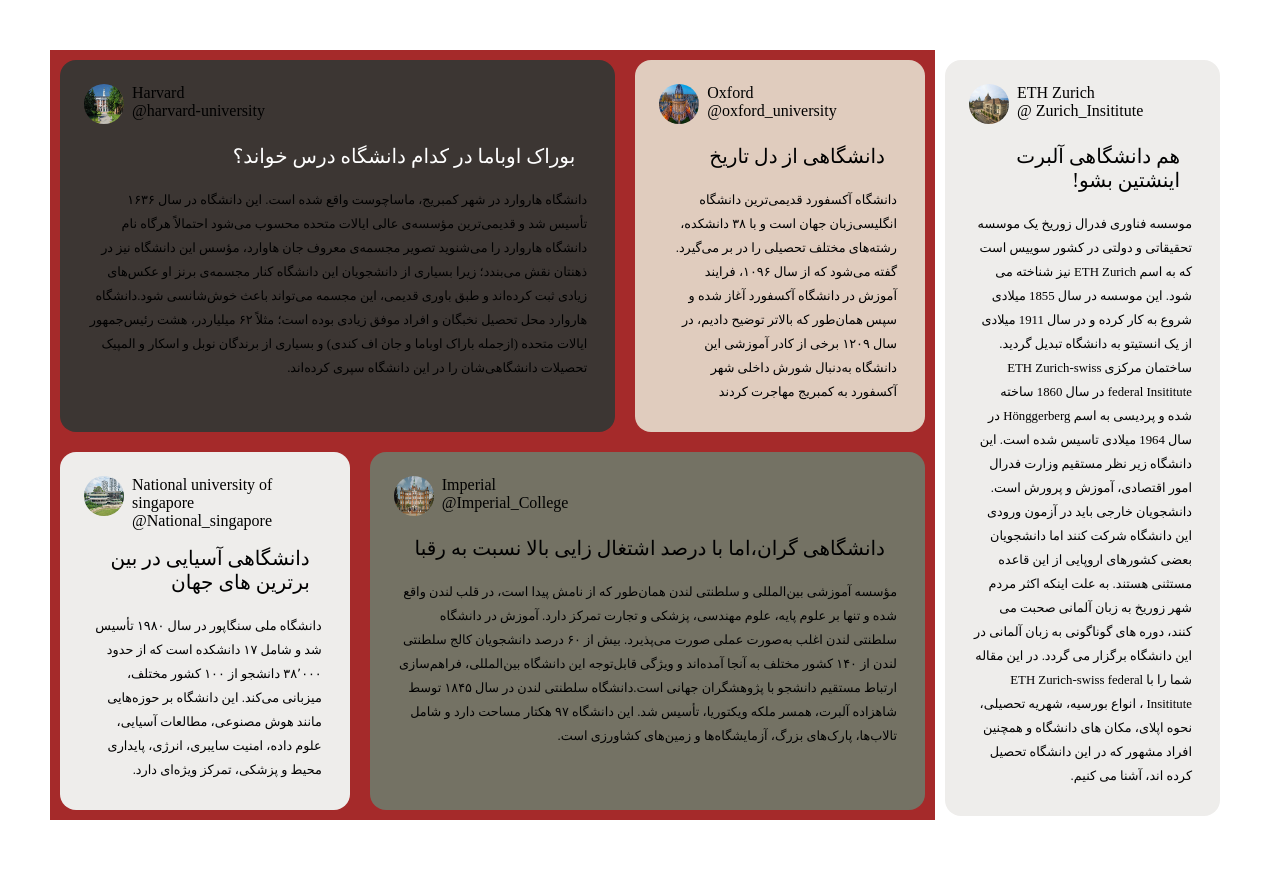
Repository: rahanwz/cards
Page: cards.html
These files come from the project's save history. The page is drawn as it stood at one moment and after the next save; the edit follows.
The browser window is 1280 px wide. The pictures show the whole page.

Above is the page before, as saved 2024-02-17 15:14:54.

### cards.html
<!DOCTYPE html>
<html lang="en">
  <head>
    <meta charset="UTF-8" />
    <meta name="viewport" content="width=device-width, initial-scale=1.0" />
    <title>Document</title>
    <link rel="stylesheet" href="cards.css" />
  </head>
  <body>
    <div class="container">
      <div class="boxcard1">
        <div class="cardcontainer big-card">
          <div class="card1">
            <div class="head">
              <div class="profile">
                <div class="profilecontaner">
                  <img
                    src="harvard-university-6591e0b9df73096be8d614ee.webp"
                    alt=""
                  />
                </div>
              </div>

              <div>
                <div class="user">Harvard</div>
                <div class="id">@harvard-university</div>
              </div>
            </div>
            <div class="descrip1" style="color: #ffffff;">بوراک اوباما در کدام دانشگاه درس خواند؟</div>
            <div class="descrip2">
              دانشگاه هاروارد در شهر کمبریج، ماساچوست واقع شده است. این دانشگاه
              در سال ۱۶۳۶ تأسیس شد و قدیمی‌ترین مؤسسه‌ی عالی ایالات متحده محسوب
              می‌شود احتمالاً هرگاه نام دانشگاه هاروارد را می‌شنوید تصویر
              مجسمه‌ی معروف جان هاوارد، مؤسس این دانشگاه نیز در ذهنتان نقش
              می‌بندد؛ زیرا بسیاری از دانشجویان این دانشگاه کنار مجسمه‌ی برنز او
              عکس‌های زیادی ثبت کرده‌اند و طبق باوری قدیمی، این مجسمه می‌تواند
              باعث خوش‌شانسی شود.دانشگاه هاروارد محل تحصیل نخبگان و افراد موفق
              زیادی بوده است؛ مثلاً ۶۲ میلیاردر، هشت‌ رئیس‌جمهور ایالات متحده
              (ازجمله باراک اوباما و جان اف کندی) و بسیاری از برندگان نوبل و
              اسکار و المپیک تحصیلات دانشگاهی‌شان را در این دانشگاه سپری
              کرده‌اند.
            </div>
          </div>
        </div>

        <div class="cardcontainer small-card">
          <div class="card2">
            <div class="head">
              <div class="profile">
                <div class="profilecontaner">
                  <img
                    src="oxford-university-jpg-6591b422df73096be8d6145c.webp"
                    alt=""
                  />
                </div>
              </div>
              <div>
                <div class="user">Oxford</div>
                <div class="id">@oxford_university</div>
              </div>
            </div>
            <div class="descrip1">دانشگاهی از دل تاریخ</div>
            <div class="descrip2">
              دانشگاه آکسفورد قدیمی‌ترین دانشگاه انگلیسی‌زبان جهان است و با ۳۸
              دانشکده، رشته‌های مختلف تحصیلی را در بر می‌گیرد. گفته می‌شود که از
              سال ۱۰۹۶، فرایند آموزش در دانشگاه آکسفورد آغاز شده و سپس همان‌طور
              که بالاتر توضیح دادیم، در سال ۱۲۰۹ برخی از کادر آموزشی این دانشگاه
              به‌دنبال شورش داخلی شهر آکسفورد به کمبریج مهاجرت کردند
            </div>
          </div>
        </div>

        <div class="cardcontainer small-card">
          <div class="card3">
            <div class="head">
              <div class="profile">
                <div class="profilecontaner">
                  <img src="nus-6591f1acdf73096be8d61515.webp" alt="" />
                </div>
              </div>

              <div>
                <div class="user">National university of singapore</div>
                <div class="id">@National_singapore</div>
              </div>
            </div>
            <div class="descrip1">دانشگاهی آسیایی در بین برترین های جهان</div>
            <div class="descrip2">
              دانشگاه ملی سنگاپور در سال ۱۹۸۰ تأسیس شد و شامل ۱۷ دانشکده‌ است که
              از حدود ۳۸٬۰۰۰ دانشجو از ۱۰۰ کشور مختلف، میزبانی می‌کند. این
              دانشگاه بر حوزه‌هایی مانند هوش مصنوعی، مطالعات آسیایی، علوم داده،
              امنیت سایبری، انرژی، پایداری محیط و پزشکی، تمرکز ویژه‌ای دارد.
            </div>
          </div>
        </div>
        <div class="cardcontainer big-card">
          <div class="card4">
            <div class="head">
              <div class="profile">
                <div class="profilecontaner">
                  <img
                    src="imperial-college-london-6591e911df73096be8d614fb.webp"
                    alt=""
                  />
                </div>
              </div>

              <div>
                <div class="user">Imperial</div>
                <div class="id">@Imperial_College</div>
              </div>
            </div>
            <div class="descrip1">
              دانشگاهی گران،اما با درصد اشتغال زایی بالا نسبت به رقبا
            </div>
            <div class="descrip2">
              مؤسسه آموزشی بین‌المللی و سلطنتی لندن همان‌طور که از نامش پیدا
              است، در قلب لندن واقع شده و تنها بر علوم پایه، علوم مهندسی، پزشکی
              و تجارت تمرکز دارد. آموزش در دانشگاه سلطنتی لندن اغلب به‌صورت عملی
              صورت می‌پذیرد. بیش از ۶۰ درصد دانشجویان کالج سلطنتی لندن از ۱۴۰
              کشور مختلف به آنجا آمده‌اند و ویژگی قابل‌توجه این دانشگاه
              بین‌المللی، فراهم‌سازی ارتباط مستقیم دانشجو با پژوهشگران جهانی
              است.دانشگاه سلطنتی لندن در سال ۱۸۴۵ توسط شاهزاده آلبرت، همسر ملکه
              ویکتوریا، تأسیس شد. این دانشگاه ۹۷ هکتار مساحت دارد و شامل
              تالاب‌ها، پارک‌های بزرگ، آزمایشگاه‌ها و زمین‌های کشاورزی است.
            </div>
          </div>
        </div>
      </div>
      <div class="boxcard2">
        <div class="cardcontainer">
          <div class="card5">
            <div class="head">
              <div class="profile">
                <div class="profilecontaner">
                  <img src="zurich-eth-6591f083df73096be8d6150c.webp" alt="" />
                </div>
              </div>

              <div>
                <div class="user">ETH Zurich</div>
                <div class="id">@ Zurich_Insititute</div>
              </div>
            </div>
            <div class="descrip1" ">هم دانشگاهی آلبرت اینشتین بشو!</div>
            <div class="descrip2">
              موسسه فناوری فدرال زوریخ یک موسسه تحقیقاتی و دولتی در کشور سوییس
              است که به اسم ETH Zurich نیز شناخته می شود. این موسسه در سال 1855
              میلادی شروع به کار کرده و در سال 1911 میلادی از یک انستیتو به
              دانشگاه تبدیل گردید. ساختمان مرکزی ETH Zurich-swiss federal
              Insititute در سال 1860 ساخته شده و پردیسی به اسم Hönggerberg در
              سال 1964 میلادی تاسیس شده است. این دانشگاه زیر نظر مستقیم وزارت
              فدرال امور اقتصادی، آموزش و پرورش است. دانشجویان خارجی باید در
              آزمون ورودی این دانشگاه شرکت کنند اما دانشجویان بعضی کشورهای
              اروپایی از این قاعده مستثنی هستند. به علت اینکه اکثر مردم شهر
              زوریخ به زبان آلمانی صحبت می کنند، دوره های گوناگونی به زبان
              آلمانی در این دانشگاه برگزار می گردد. در این مقاله شما را با ETH
              Zurich-swiss federal Insititute ، انواع بورسیه، شهریه تحصیلی، نحوه
              اپلای، مکان های دانشگاه و همچنین افراد مشهور که در این دانشگاه
              تحصیل کرده اند، آشنا می کنیم.
            </div>
          </div>
        </div>
      </div>
    </div>
  </body>
</html>

### cards.css
* {
  padding: 0;
  margin: 0;
  box-sizing: border-box;
}

.container {
  display: flex;
  flex-direction: column;
  width: 100%;
  height: auto;
  padding: 3rem 2.5rem;
}

.head {
  display: flex;
}

.cardcontainer {
  width: 100%;
  padding: 10px;
}

.card1 {
  background-color: #3c3633;
  padding: 1.5rem;
  border-radius: 1rem;
}
.profile img {
  width: 40px;
  height: 40px;
  margin-right: 0.5rem;
  border-radius: 50%;
}

.descrip {
  padding-top: 1.5rem;
}

.card2 {
  background-color: #e0ccbe;
  padding: 1.5rem;
  border-radius: 1rem;
}
.card3 {
  background-color: #eeedeb;
  padding: 1.5rem;
  border-radius: 1rem;
}
.card4 {
  padding: 1.5rem;
  border-radius: 1rem;
  background-color: #747264;
}

.card5 {
  background-color: #eeedeb;
  padding: 1.5rem;
  border-radius: 1rem;
}

@media (min-width: 1024px) {
  .container {
    flex-direction: row;
    padding: 50px;
    height: 100%;
  }

  .boxcard1 {
    display: flex;
    width: 75%;
    height:20%;
    flex-wrap: wrap;
    background-color: brown;
  }

  .boxcard2 {
    width: 25%;
      height: 65%;
  }

  .big-card {
    width: 65%;
  }
  .small-card {
    width: 35%;
  }
  .card1,.card2,.card3,.card4,.card5{
    height: 100%;
  }

}
.descrip1,
.descrip2 {
  direction: rtl;
}

.descrip1{
 font-size:1.25rem;
 padding: 1rem;

}

.descrip2{
  padding: .25rem;
  font-size:.80rem;
  line-height:1.5rem;
}

After the next save:
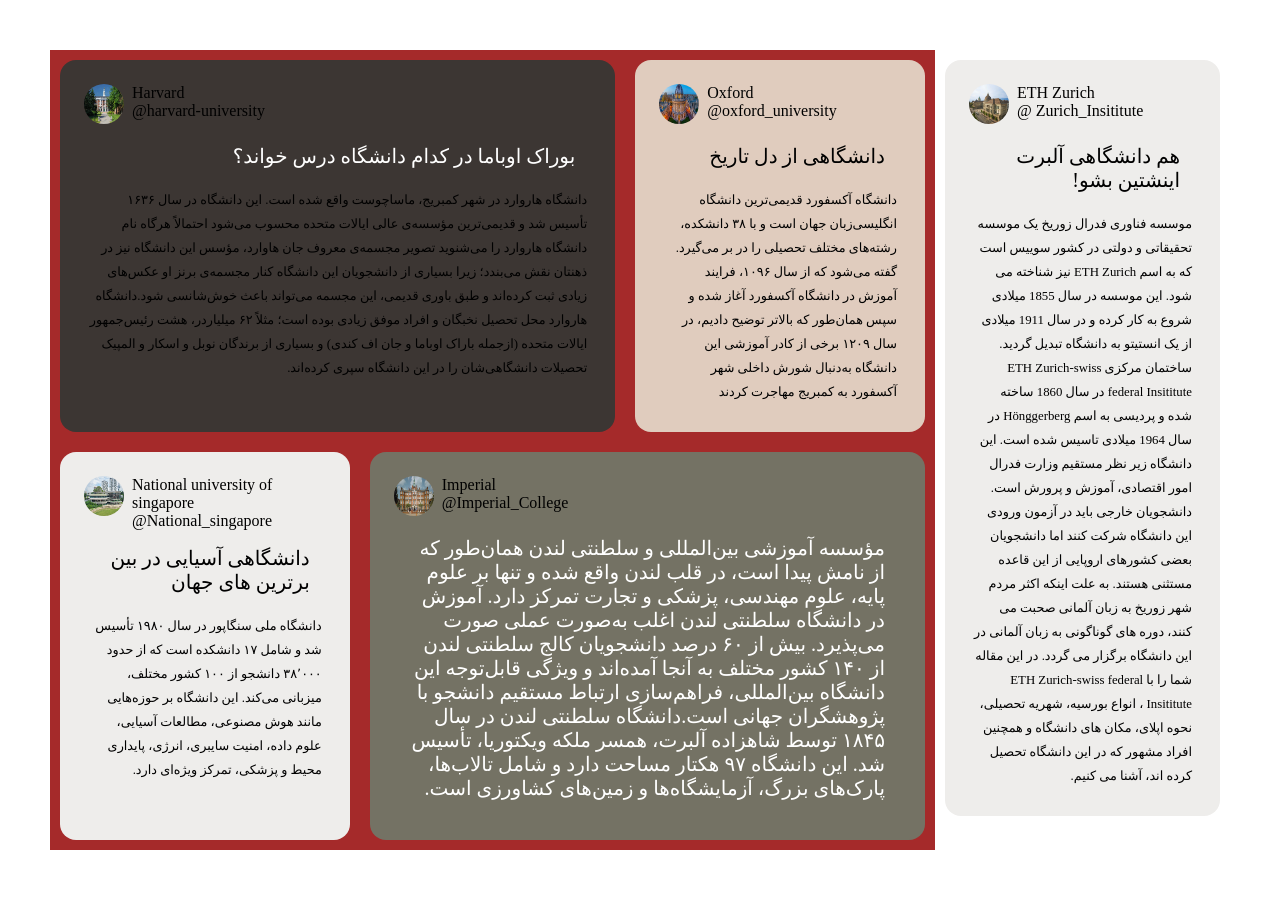
Saved 13 s later.
--- a/cards.html
+++ b/cards.html
@@ -110,7 +110,7 @@
                 <div class="id">@Imperial_College</div>
               </div>
             </div>
-            <div class="descrip1">
+            <div class="descrip1" style="color: #ffffff;>
               دانشگاهی گران،اما با درصد اشتغال زایی بالا نسبت به رقبا
             </div>
             <div class="descrip2">

After the save that followed:
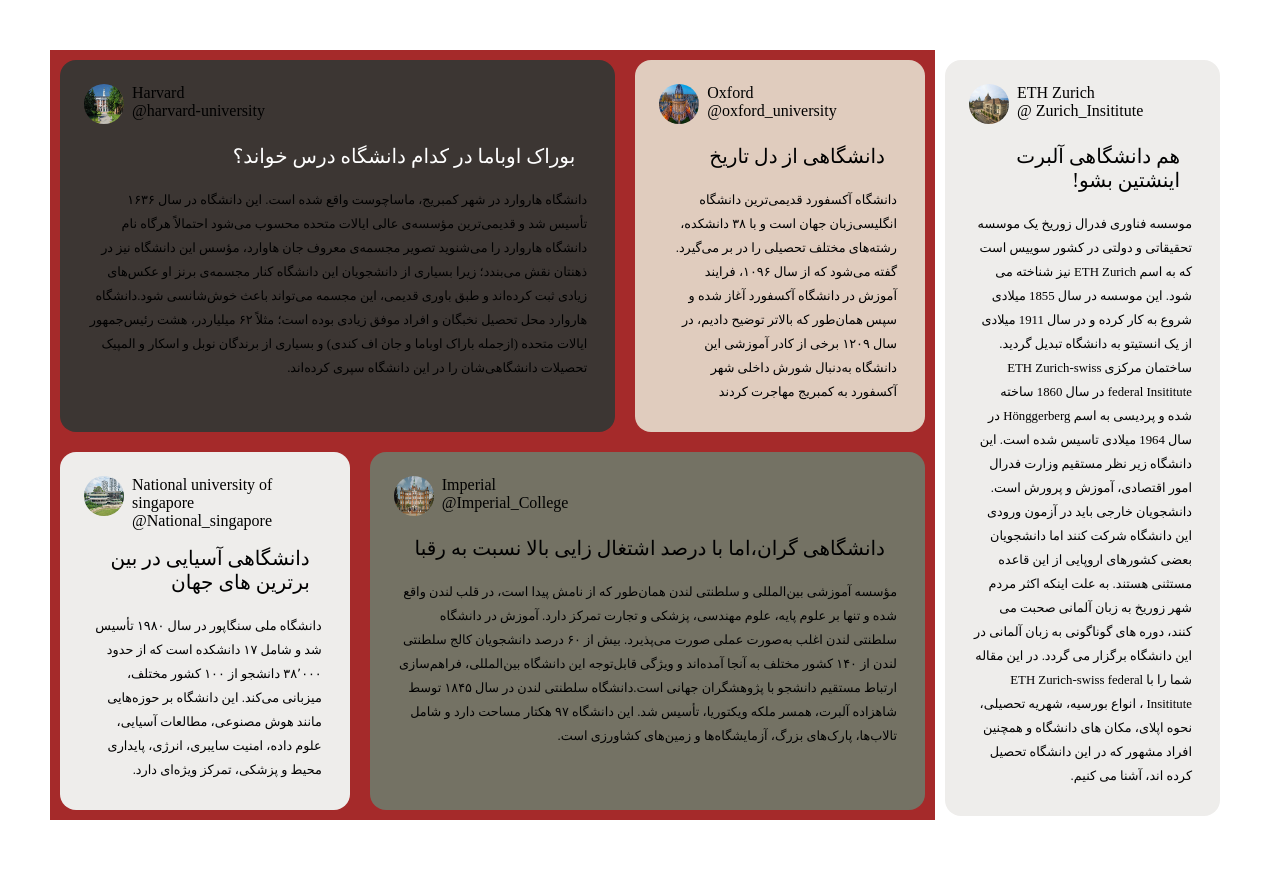
Saved 10 s later.
--- a/cards.html
+++ b/cards.html
@@ -110,7 +110,7 @@
                 <div class="id">@Imperial_College</div>
               </div>
             </div>
-            <div class="descrip1" style="color: #ffffff;>
+            <div class="descrip1" >
               دانشگاهی گران،اما با درصد اشتغال زایی بالا نسبت به رقبا
             </div>
             <div class="descrip2">
